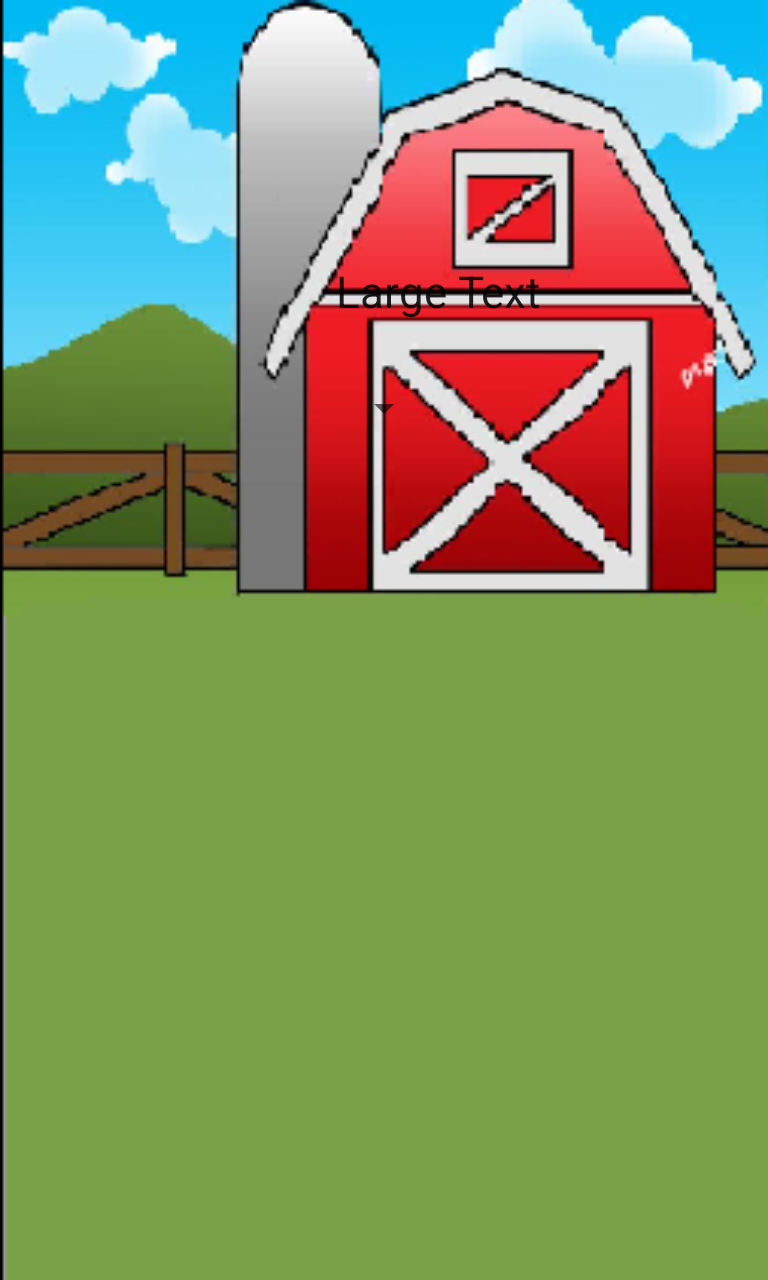
Repository: jdmielke/AnimalApp
Layout: AWEA/res/layout/activity_main.xml
An editor plug-in stored every save of this project. The layout is shown before and after the next save, followed by the edit.
It is drawn on a 768 x 1280 px phone screen (xhdpi) without system bars, with theme AppTheme; the app's code is not run.

Above is the layout before, as saved 2014-10-15 23:28:49.

### AWEA/res/layout/activity_main.xml
<RelativeLayout xmlns:android="http://schemas.android.com/apk/res/android"
    xmlns:tools="http://schemas.android.com/tools"
    android:layout_width="match_parent"
    android:layout_height="match_parent"
    android:paddingBottom="@dimen/activity_vertical_margin"
    android:paddingLeft="@dimen/activity_horizontal_margin"
    android:paddingRight="@dimen/activity_horizontal_margin"
    android:paddingTop="@dimen/activity_vertical_margin"
    tools:context="com.example.awea.MainActivity"
    android:background="@drawable/app_background">

    <Spinner
        android:id="@+id/spinner1"
        android:layout_width="wrap_content"
        android:layout_height="wrap_content"
        android:layout_alignParentTop="true"
        android:layout_centerHorizontal="true"
        android:layout_marginTop="176dp" />

    <TextView
        android:id="@+id/spinnerTitle"
        android:layout_width="wrap_content"
        android:layout_height="wrap_content"
        android:layout_alignBottom="@+id/spinner1"
        android:layout_alignLeft="@+id/spinner1"
        android:layout_marginBottom="56dp"
        android:text="Large Text"
        android:textAppearance="?android:attr/textAppearanceLarge" />

</RelativeLayout>

Loaded but not shown: AWEA/res/values/styles.xml (common file); AWEA/res/values-v11/styles.xml (common file); AWEA/res/values-v14/styles.xml (common file); AWEA/res/values/dimens.xml (common file); AWEA/res/values-w820dp/dimens.xml (common file)

After the next save:
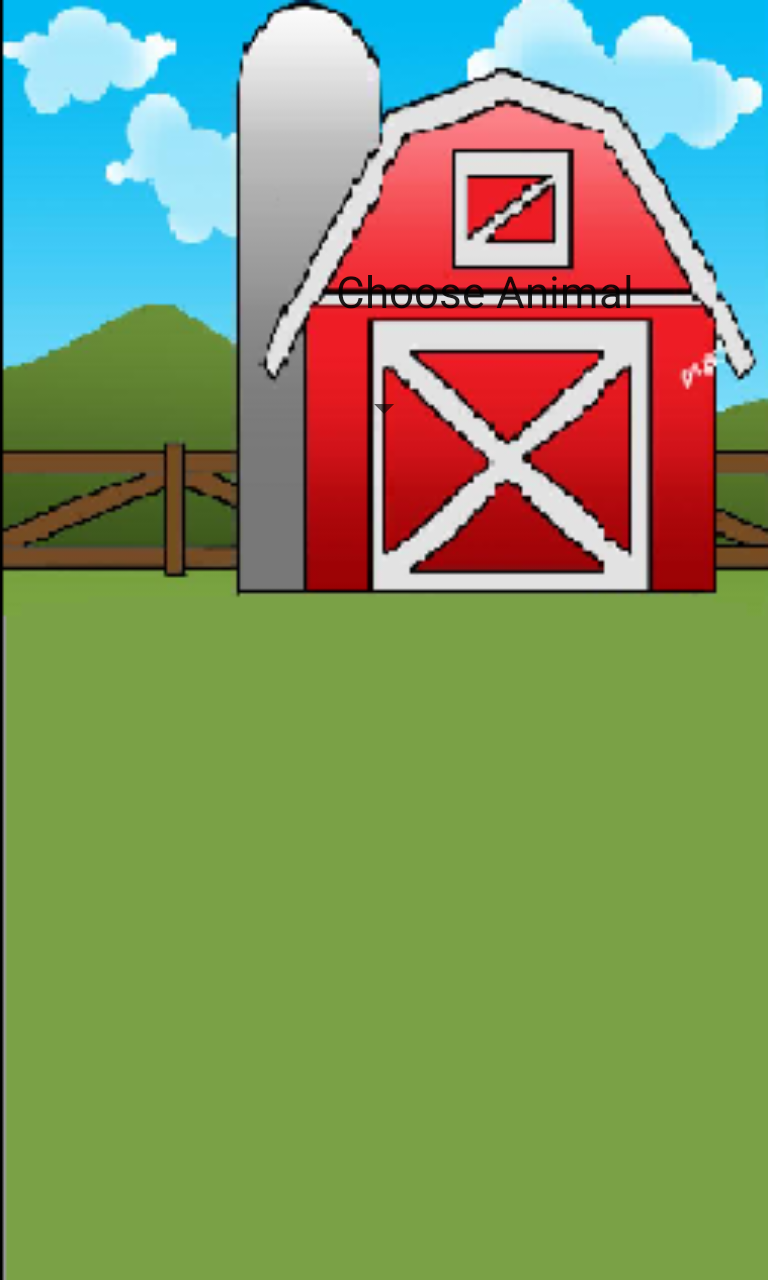
Saved 110 s later.
--- a/AWEA/res/layout/activity_main.xml
+++ b/AWEA/res/layout/activity_main.xml
@@ -24,7 +24,7 @@
         android:layout_alignBottom="@+id/spinner1"
         android:layout_alignLeft="@+id/spinner1"
         android:layout_marginBottom="56dp"
-        android:text="Large Text"
+        android:text="Choose Animal"
         android:textAppearance="?android:attr/textAppearanceLarge" />
 
 </RelativeLayout>
